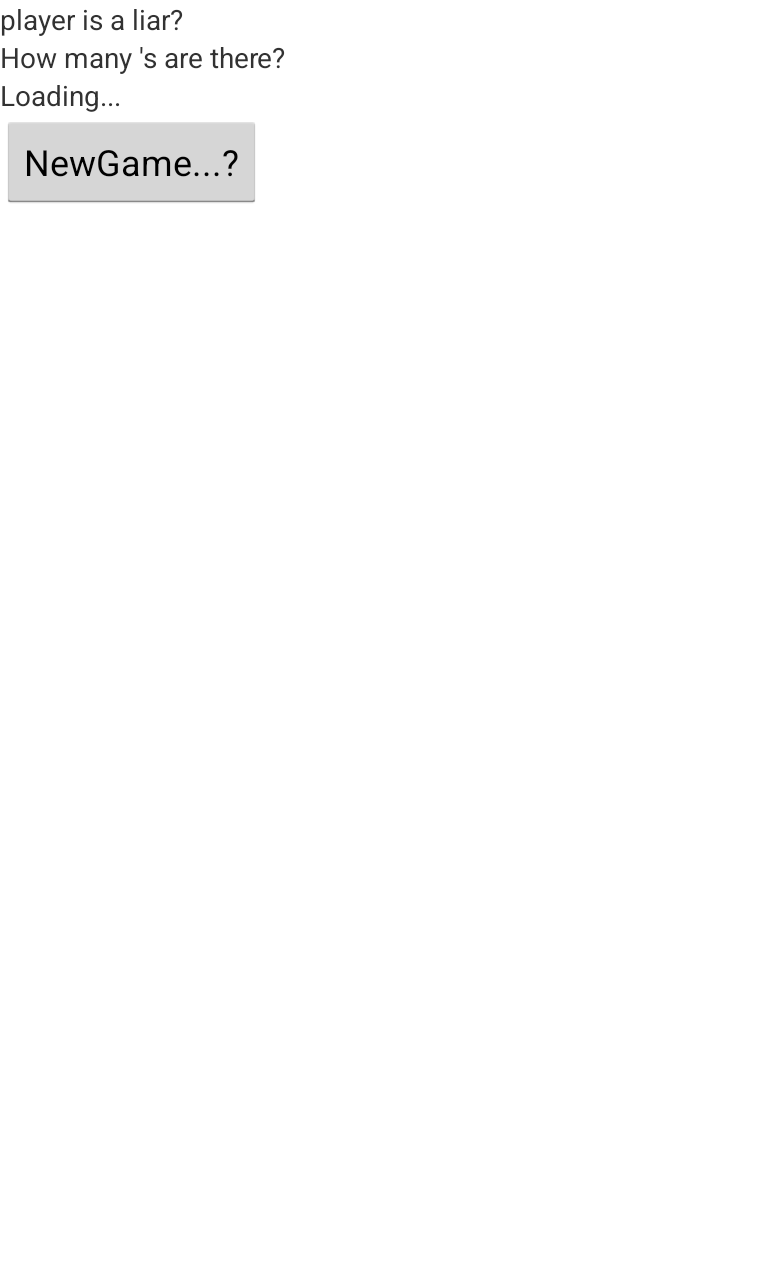
Repository: RayyLim/LiarPoker
Layout: LiarPoker/res/layout/result_main.xml
These files come from the project's save history. The layout is drawn as it stood at one moment and after the next save; the edit follows.
It is drawn on a 768 x 1280 px phone screen (xhdpi) without system bars, with theme AppTheme; the app's code is not run.

Above is the layout before, as saved 2012-07-22 17:50:13.

### LiarPoker/res/layout/result_main.xml
<?xml version="1.0" encoding="utf-8"?>
<LinearLayout xmlns:android="http://schemas.android.com/apk/res/android"
    android:layout_width="match_parent"
    android:layout_height="match_parent"
    android:orientation="vertical" >

    <LinearLayout
        android:layout_width="match_parent"
        android:layout_height="wrap_content" >
            <TextView
        android:id="@+id/lastplayer"
        android:layout_width="wrap_content"
        android:layout_height="wrap_content"
        android:text="player" />
        <TextView
        android:layout_width="wrap_content"
        android:layout_height="wrap_content"
        android:text=" is a " />
    <TextView
        android:id="@+id/lyingOrNot"
        android:layout_width="wrap_content"
        android:layout_height="wrap_content"
        android:text="liar?" />
    </LinearLayout>
    <LinearLayout
        android:id="@+id/lyingLayout"
        android:layout_width="match_parent"
        android:layout_height="wrap_content"
        android:orientation="vertical" >
        <LinearLayout
        android:layout_width="match_parent"
        android:layout_height="wrap_content" >
        <TextView
        android:layout_width="wrap_content"
        android:layout_height="wrap_content"
        android:text="How many " />
    <TextView
        android:id="@+id/lastNumberText"
        android:layout_width="wrap_content"
        android:layout_height="wrap_content"
        android:text="" />
        <TextView
        android:layout_width="wrap_content"
        android:layout_height="wrap_content"
        android:text="'s are there?" />
    </LinearLayout>



    <TableLayout
        android:id="@+id/resultTable"
        android:layout_width="match_parent"
        android:layout_height="wrap_content" >


    </TableLayout>
    </LinearLayout>


    <TextView
        android:id="@+id/winLoseText"
        android:layout_width="wrap_content"
        android:layout_height="wrap_content"
        android:text="Loading..." />
    <Button
        android:id="@+id/newGameButton"
        android:layout_width="wrap_content"
        android:layout_height="wrap_content"
        android:text="NewGame...?"
        android:onClick="NewGameClick"/>

</LinearLayout>

Loaded but not shown: LiarPoker/res/values-v11/styles.xml (common file); LiarPoker/res/values-v14/styles.xml (common file); LiarPoker/res/values/styles.xml (common file)

After the next save:
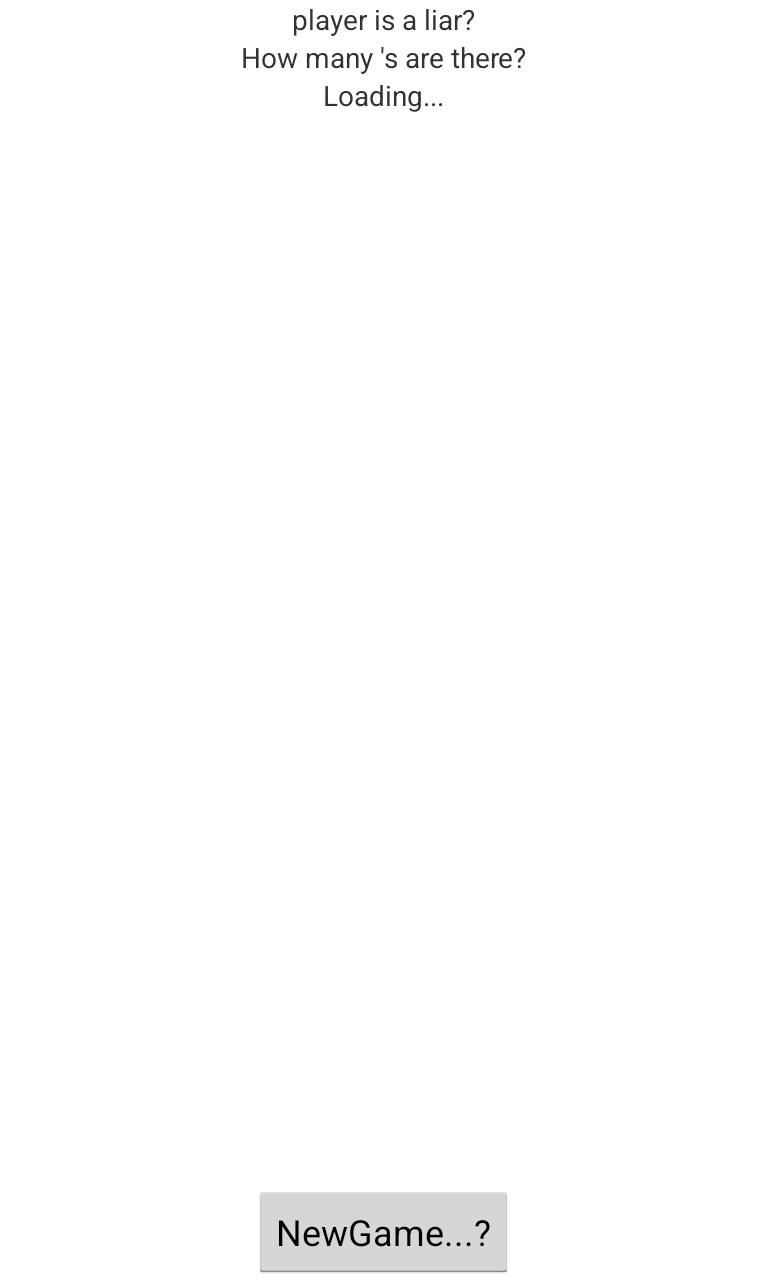
Saved 4 min 7 s later.
--- a/LiarPoker/res/layout/result_main.xml
+++ b/LiarPoker/res/layout/result_main.xml
@@ -5,68 +5,78 @@
     android:orientation="vertical" >
 
     <LinearLayout
-        android:layout_width="match_parent"
+        android:layout_gravity="center_horizontal"
+        android:layout_width="wrap_content"
         android:layout_height="wrap_content" >
-            <TextView
-        android:id="@+id/lastplayer"
+
+        <TextView
+            android:id="@+id/lastplayer"
+            android:layout_width="wrap_content"
+            android:layout_height="wrap_content"
+            android:text="player" />
+
+        <TextView
+            android:layout_width="wrap_content"
+            android:layout_height="wrap_content"
+            android:text=" is a " />
+
+        <TextView
+            android:id="@+id/lyingOrNot"
+            android:layout_width="wrap_content"
+            android:layout_height="wrap_content"
+            android:text="liar?" />
+    </LinearLayout>
+
+    <LinearLayout
+        android:layout_gravity="center_horizontal"
+        android:id="@+id/lyingLayout"
         android:layout_width="wrap_content"
         android:layout_height="wrap_content"
-        android:text="player" />
-        <TextView
-        android:layout_width="wrap_content"
-        android:layout_height="wrap_content"
-        android:text=" is a " />
-    <TextView
-        android:id="@+id/lyingOrNot"
-        android:layout_width="wrap_content"
-        android:layout_height="wrap_content"
-        android:text="liar?" />
+        android:orientation="vertical" >
+
+        <LinearLayout
+            android:layout_width="wrap_content"
+            android:layout_height="wrap_content" >
+
+            <TextView
+                android:layout_width="wrap_content"
+                android:layout_height="wrap_content"
+                android:text="How many " />
+
+            <TextView
+                android:id="@+id/lastNumberText"
+                android:layout_width="wrap_content"
+                android:layout_height="wrap_content"
+                android:text="" />
+
+            <TextView
+                android:layout_width="wrap_content"
+                android:layout_height="wrap_content"
+                android:text="&apos;s are there?" />
+        </LinearLayout>
+
+        <TableLayout
+            android:id="@+id/resultTable"
+            android:layout_width="wrap_content"
+            android:layout_height="wrap_content"
+            android:layout_gravity="center_horizontal">
+        </TableLayout>
     </LinearLayout>
-    <LinearLayout
-        android:id="@+id/lyingLayout"
-        android:layout_width="match_parent"
-        android:layout_height="wrap_content"
-        android:orientation="vertical" >
-        <LinearLayout
-        android:layout_width="match_parent"
-        android:layout_height="wrap_content" >
-        <TextView
-        android:layout_width="wrap_content"
-        android:layout_height="wrap_content"
-        android:text="How many " />
-    <TextView
-        android:id="@+id/lastNumberText"
-        android:layout_width="wrap_content"
-        android:layout_height="wrap_content"
-        android:text="" />
-        <TextView
-        android:layout_width="wrap_content"
-        android:layout_height="wrap_content"
-        android:text="'s are there?" />
-    </LinearLayout>
-
-
-
-    <TableLayout
-        android:id="@+id/resultTable"
-        android:layout_width="match_parent"
-        android:layout_height="wrap_content" >
-
-
-    </TableLayout>
-    </LinearLayout>
-
 
     <TextView
         android:id="@+id/winLoseText"
         android:layout_width="wrap_content"
         android:layout_height="wrap_content"
+        android:layout_weight="0.99"
+        android:layout_gravity="center_horizontal"
         android:text="Loading..." />
+
     <Button
         android:id="@+id/newGameButton"
         android:layout_width="wrap_content"
         android:layout_height="wrap_content"
-        android:text="NewGame...?"
-        android:onClick="NewGameClick"/>
+        android:onClick="NewGameClick"
+        android:layout_gravity="center_horizontal"
+        android:text="NewGame...?" />
 
 </LinearLayout>
